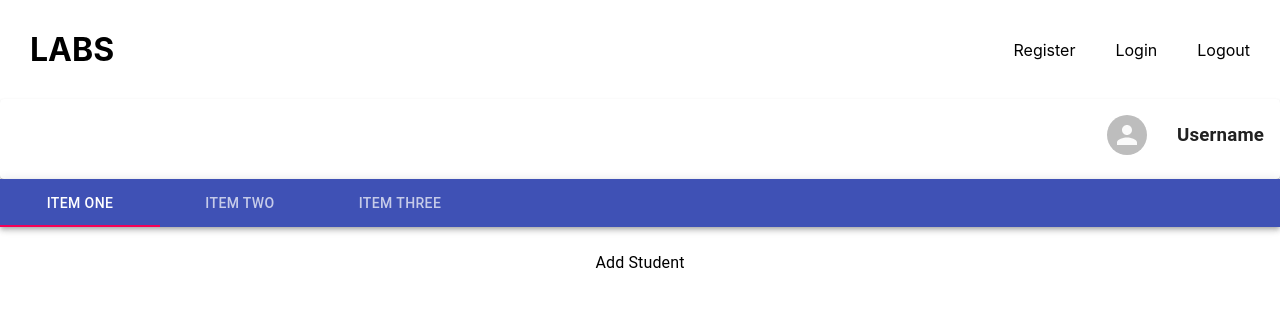
Repository: Prafullkuma/labsdata
Page: /admin
An editor plug-in stored every save of this project. The page is shown before and after the next save, followed by the edit.
The browser window is 1280 px wide. The pictures show the whole page.
The project was rebuilt for these pictures with package versions that can differ from the ones it lists, and the page was loaded fresh each time. Also part of the build but not shown: src/App.css, src/Component/Main.js, src/Auth/Login.js, src/Auth/Signup.js, src/Auth/Logout.js.

Above is the page before, as saved 2020-08-25 10:10:01.

### src/App.js
import React from 'react';
import './App.css';
import Nav from './Component/Nav'
import Admin from './Component/Admin'
import Main from './Component/Main'
import Login from './Auth/Login'
import Signup from './Auth/Signup'
import Logout from './Auth/Logout'
import { BrowserRouter as Router, Route } from 'react-router-dom'
function App() {
  return (
    <div className="App">
      <Router>
        <Nav />
        <Route path="/logout" component={Logout} />
        <Route path="/signup" component={Signup} />
        <Route path="/login" component={Login} />
        <Route path="/admin" component={Admin} />
        <Route exact path="/" component={Main} />
      </Router>
    </div>
  );
}

export default App;

### src/Component/Nav.js
import React from 'react'
import './Nav.css'
import { Link } from 'react-router-dom'
function Nav() {
    return (
        <div className="Navbar">
            <h1>LABS</h1>
            <ul>
                <li><Link to="/signup"> Register</Link></li>
                <li><Link to="/login">Login</Link></li>
                <li><Link to="/logout">Logout</Link>
                </li>
            </ul>
        </div>
    )
}

export default Nav

### src/Component/Admin.js
import React from 'react'
import { Avatar, Card, CardContent, Typography } from '@material-ui/core'
import './Admin.css'
import Details from './Details/Details'
function Admin() {
    return (
        <div>
            <Card className="all_data">
                <CardContent>
                    <Typography className="userdata">
                        <Avatar />
                        <h3>Username</h3>
                    </Typography>
                </CardContent>
            </Card>
            <Details />
        </div>
    )
}

export default Admin

### src/Component/Nav.css
.Navbar{
    padding: 30px;
    display: flex;
    justify-content: space-between;
    align-items: center;

}
a{
    text-decoration: none;
    color:black;
    }
ul,li{
    list-style: none;
    float: left;
    margin-left: 40px;
}

### src/Component/Admin.css
.userdata{
    display: flex;
    justify-content: right;
    align-items: center;
}
h3{
    margin-left: 30px;
}

### src/Component/Details/Details.js
import React from 'react'
import './details.css'
import { AppBar, Tabs, Tab, Typography } from '@material-ui/core'
import { makeStyles } from '@material-ui/core/styles';
import PropTypes from 'prop-types';
import Box from '@material-ui/core/Box';

const useStyles = makeStyles((theme) => ({
    root: {
        flexGrow: 1,
        backgroundColor: theme.palette.background.paper,
    },
}));

function a11yProps(index) {
    return {
        id: `simple-tab-${index}`,
        'aria-controls': `simple-tabpanel-${index}`,
    };
}

TabPanel.propTypes = {
    children: PropTypes.node,
    index: PropTypes.any.isRequired,
    value: PropTypes.any.isRequired,
};
function TabPanel(props) {
    const { children, value, index, ...other } = props;

    return (
        <div
            role="tabpanel"
            hidden={value !== index}
            id={`simple-tabpanel-${index}`}
            aria-labelledby={`simple-tab-${index}`}
            {...other} >
            {value === index && (
                <Box p={3}>
                    <Typography>{children}</Typography>
                </Box>
            )}
        </div>
    );
}

function Details() {
    const classes = useStyles();
    const [value, setValue] = React.useState(0);

    const handleChange = (event, newValue) => {
        setValue(newValue);
    };

    return (
        <div className="items">
            <AppBar position="static">
                <Tabs value={value} onChange={handleChange} aria-label="simple tabs example">
                    <Tab label="Item One" {...a11yProps(0)} />
                    <Tab label="Item Two" {...a11yProps(1)} />
                    <Tab label="Item Three" {...a11yProps(2)} />
                </Tabs>
            </AppBar>
            <TabPanel value={value} index={0}>
                Add Student
          </TabPanel>
            <TabPanel value={value} index={1}>
                View Student Data will be Diplay here
            </TabPanel>
        </div>
    )
}




export default Details

### src/Component/Details/details.css
.items{
    text-align: center;
}

Loaded but not shown: public/index.html (common file); src/index.js (common file); src/index.css (common file); src/serviceWorker.js (common file); src/Component/Main.css (no stored copy; drawn as an empty file)

After the next save:
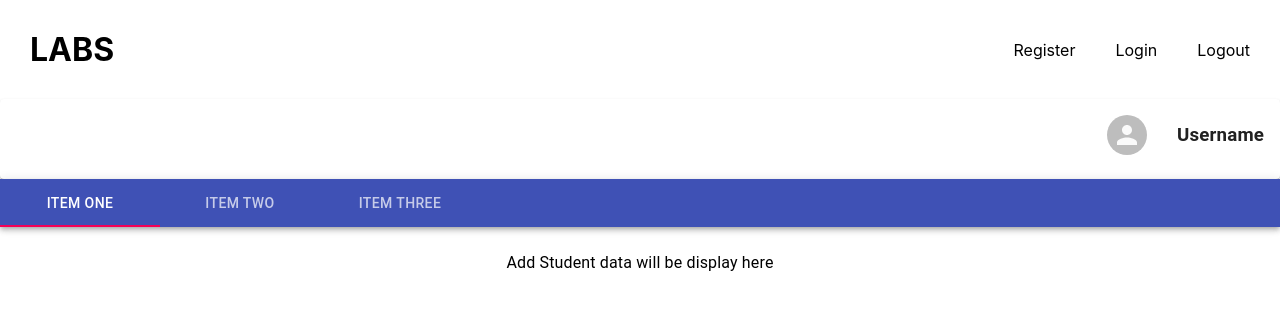
Saved 10 s later.
--- a/src/Component/Details/Details.js
+++ b/src/Component/Details/Details.js
@@ -61,7 +61,7 @@ function Details() {
                 </Tabs>
             </AppBar>
             <TabPanel value={value} index={0}>
-                Add Student
+                Add Student data will be display here
           </TabPanel>
             <TabPanel value={value} index={1}>
                 View Student Data will be Diplay here
